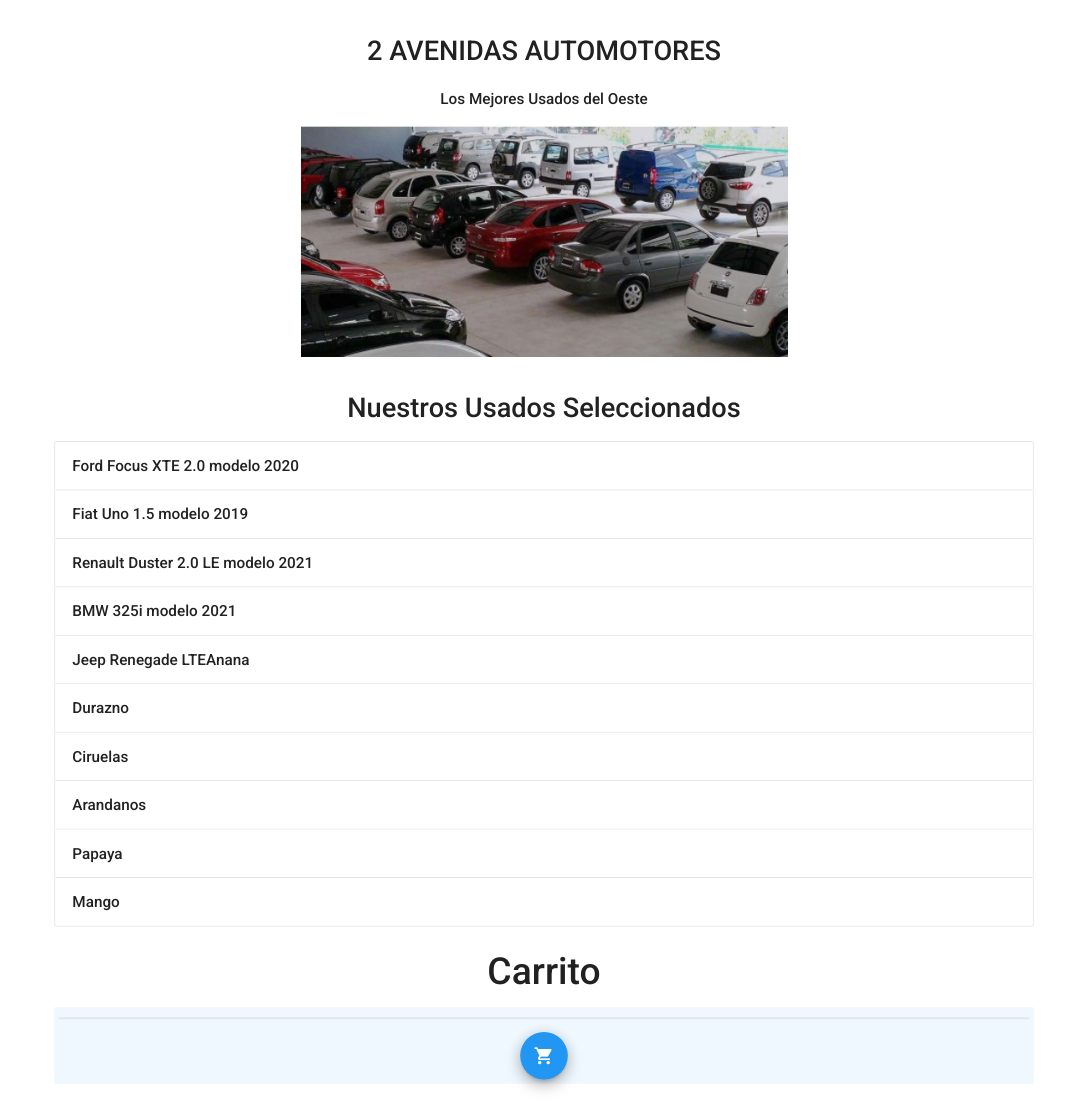
Repository: gadiazsaavedra/SimuladorInteractiv-14-03
Page: index.html
An editor plug-in stored every save of this project. The page is shown before and after a run of saves, followed by the edit.
The browser window is 1280 px wide. The pictures show the whole page, at 85% of full size.

Above is the page before, as saved 2022-03-15 10:31:18.

### index.html
<!DOCTYPE html>
<html lang="es">
    <head>
        <meta charset="UTF-8">
        <title>Acceso al DOM</title>
        <meta http-equiv="X-UA-Compatible" content="IE=edge">
        <meta name="viewport" content="width=device-width, initial-scale=1.0">
        <link rel="stylesheet" href="https://cdnjs.cloudflare.com/ajax/libs/materialize/1.0.0/css/materialize.min.css">
        <script src="https://cdnjs.cloudflare.com/ajax/libs/materialize/1.0.0/js/materialize.min.js"></script>
        <link href="https://fonts.googleapis.com/icon?family=Material+Icons" rel="stylesheet">
        <link rel="stylesheet" href="css/styles.css">
        <script defer src="js/variables.js"></script>
        <script defer src="js/main.js"></script>
    </head>
    <body>
        <div class="center">
            <h1 id="titulo"></h1>
            <p id="slogan"></p>
            <img class="responsive-img" src="images/logo.jpg" width="50%" >
        </div>
        <div>
            <h2 class="center">Nuestros Usados Seleccionados</h2>
            <ul class="collection" id="listadoFrutas">

            </ul>
        </div>
        <div class="center">
            <h3>Carrito</h3>
        </div>
        <div class="color-carrito carrito center">
            <ul class="collection" id="listadoCarrito">

            </ul>
            <a class="btn-floating btn-large blue white-text
                     z-depth-3 waves-effect waves-light" href="checkout.html">
                <i class="material-icons">shopping_cart</i>
            </a>
        </div>
        <br>
    </body>
</html>

### css/styles.css
@import url('https://fonts.googleapis.com/css2?family=Roboto:ital,wght@0,100;0,300;0,500;0,700;1,100;1,300;1,500;1,700&display=swap');

div, form {
    font-family: 'Roboto', Arial, Helvetica, sans-serif;
    margin-left: 5%;
    margin-right: 5%;
}

form {
    padding: 2em;
}

.color-formulario {
    background-color: whitesmoke;
}

h1, h2 {
    font-size: xx-large;
}

p, li {
    font-size: 1.2em;
}

.collection-item {
    line-height: 2em !important;
}

.color-carrito {
    background-color: aliceblue;
}

.carrito {
    border-color: whitesmoke;
    padding: 5px;
}

.italica-carrito {
    font-style: italic;
}

.fondo-inputs {
    background-color: aquamarine !important;
}

### js/variables.js
// const productos = ['Motherboard ATX Intel', 'Memoria RAM 4 GB DDR3', 'Hard Disk 80 GB SEAGATE', 'Monitor Viewsonic .31', 'Case Babytower', 'Fuente 100~240 ATX 5 AMP']
const productos = ['Ford Focus XTE 2.0 modelo 2020', 'Fiat Uno 1.5 modelo 2019', 'Renault Duster 2.0 LE modelo 2021', 'BMW 325i modelo 2021', 'Jeep Renegade LTEAnana', 'Durazno', 'Ciruelas', 'Arandanos', 'Papaya', 'Mango']
const carrito = []

const titulo = document.getElementById("titulo")
const slogan = document.getElementById("slogan")

const ul = document.getElementById("listadoFrutas") //Dentro de este nodo, cargaré los <li> con los productos
const listadoCarrito = document.getElementById("listadoCarrito") //En este otro, los productos a comprar

### js/main.js
titulo.innerText = "2 AVENIDAS AUTOMOTORES"
slogan.innerText = "Los Mejores Usados del Oeste"
// titulo.innerText = "HARDWAREVINTAGE.COM"
// slogan.innerText = "Tu Ecommerce favorito de repuestos informáticos out-of-stock"

const cargarProductos = ()=> { //Usen el DEBUGGER para seguir el código paso a paso
    for (fruta of productos) {
        const liProductos = document.createElement("li")
                liProductos.className = "collection-item"
                liProductos.innerText = fruta
                liProductos.setAttribute("onclick", `agregarAlCarrito('${fruta}')`)
                ul.append(liProductos)
            }
}

// SI QUEREMOS CREAR LOS ELEMENTOS HTML DE FORMA DINAMICA
const agregarAlCarrito = (prod)=> { //Usen el DEBUGGER para seguir el código paso a paso
    if (prod > "") {
        const id = prod + "enCarrito" //ID dinámico, para operar desde JS
        const liCarrito = document.createElement("li")
              liCarrito.className = "collection-item italica-carrito"
              liCarrito.innerText = prod
              liCarrito.id = id //ID dinámico
              liCarrito.setAttribute("ondblclick", `eliminarDelCarrito('${id}')`)
              listadoCarrito.append(liCarrito)
    }
}

//Para crear la opción de eliminar del carrito, debemos generar un ID dinámico
//al momento de crear un <li> por cada producto agregado al Carrito.
const eliminarDelCarrito = (productoID)=> { //Usen el DEBUGGER para seguir el código paso a paso
    if (confirm("¿Desea eliminar el producto del carrito?")) {
        const itemAeliminar = document.getElementById(productoID)
              itemAeliminar.remove()
              return
    }
}

//CARGAR LISTADO DE PRODUCTOS AL INGRESAR A LA PÁGINA
cargarProductos()

After the next 2 saves:
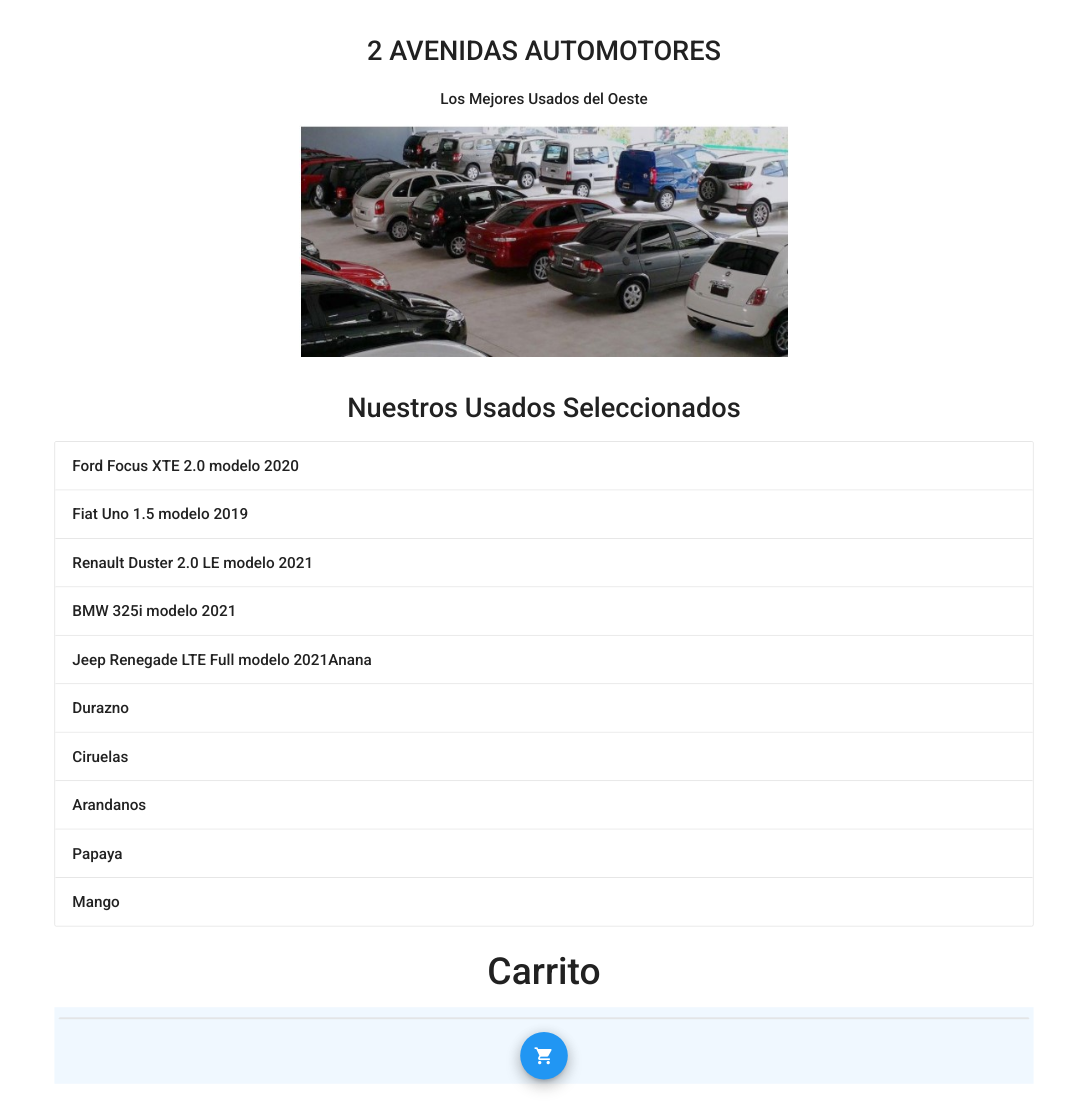
The 2 saves are shown as one change because they came seconds apart.
The last was saved 11 s later.
--- a/js/variables.js
+++ b/js/variables.js
@@ -1,5 +1,5 @@
 // const productos = ['Motherboard ATX Intel', 'Memoria RAM 4 GB DDR3', 'Hard Disk 80 GB SEAGATE', 'Monitor Viewsonic .31', 'Case Babytower', 'Fuente 100~240 ATX 5 AMP']
-const productos = ['Ford Focus XTE 2.0 modelo 2020', 'Fiat Uno 1.5 modelo 2019', 'Renault Duster 2.0 LE modelo 2021', 'BMW 325i modelo 2021', 'Jeep Renegade LTEAnana', 'Durazno', 'Ciruelas', 'Arandanos', 'Papaya', 'Mango']
+const productos = ['Ford Focus XTE 2.0 modelo 2020', 'Fiat Uno 1.5 modelo 2019', 'Renault Duster 2.0 LE modelo 2021', 'BMW 325i modelo 2021', 'Jeep Renegade LTE Full modelo 2021Anana', 'Durazno', 'Ciruelas', 'Arandanos', 'Papaya', 'Mango']
 const carrito = []
 
 const titulo = document.getElementById("titulo")
